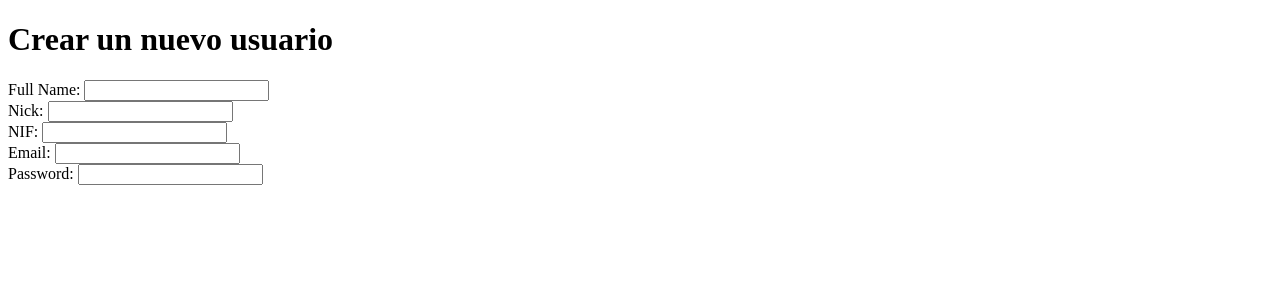
Repository: VinnySil/membresia
Page: http://localhost/users/create
These files come from the project's save history. The page is drawn as it stood at one moment and after a run of saves; the edit follows.
The browser window is 1280 px wide. The pictures show the whole page.
The page is served by the project's Laravel application, run on PHP 8.4 with Laravel 12.

Above is the page before, as saved 2024-12-06 19:19:42.

After the next 2 saves:
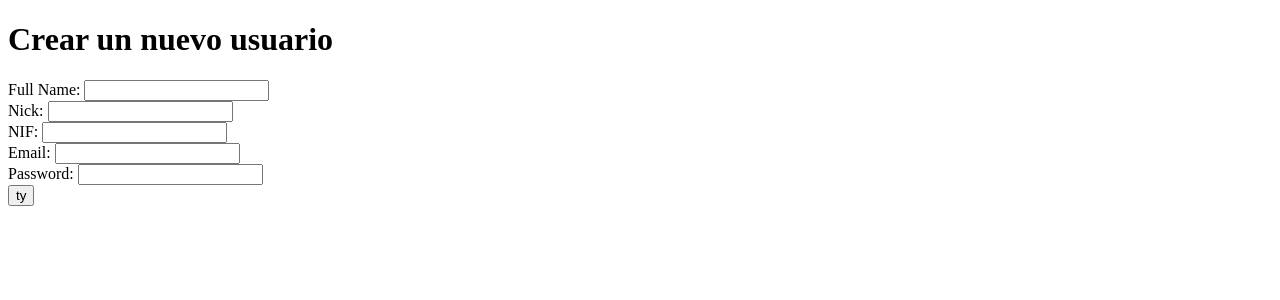
The 2 saves are shown as one change because they came seconds apart.
The last was saved 11 s later.
--- a/resources/views/users/create.blade.php
+++ b/resources/views/users/create.blade.php
@@ -21,7 +21,7 @@
         <label for="password">Password:</label>
         <input type="password" name="password"><br>
 
-
+        <button> ty</button>
     </form>
 </body>
 </html>
